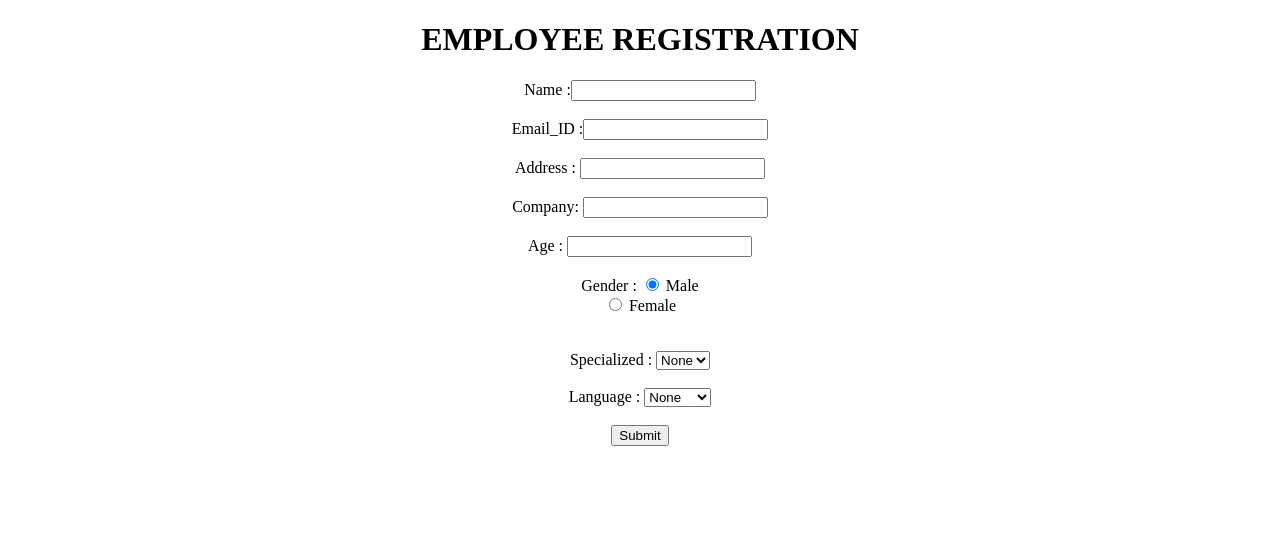
Repository: sunil965/JDBC-Servlet-JSP
Page: http://localhost/JspRegistrationTask/employeeDetailCall
These files come from the project's save history. The page is drawn as it stood at one moment and after the next save; the edit follows.
The browser window is 1280 px wide. The pictures show the whole page.
The page is served by Tomcat 9. Other server files are loaded and not shown.

Above is the page before, as saved 2017-05-02 11:49:18.

### JspRegistrationTask/WebContent/employee.jsp
<%@ page language="java" contentType="text/html; charset=UTF-8"
    pageEncoding="UTF-8"%>
<!DOCTYPE html PUBLIC "-//W3C//DTD HTML 4.01 Transitional//EN" "http://www.w3.org/TR/html4/loose.dtd">
<html>
<head>
<meta http-equiv="Content-Type" content="text/html; charset=UTF-8">
<title>Insert title here</title>
</head>
<body>
<div align="center">
 <h1>EMPLOYEE REGISTRATION</h1>
	<form action="employeeRegister" method="post">
		Name :<input type="text" name="uname"><br><br>
		Email_ID :<input type="email" name="mail"><br><br>
		Address : <input type="text" name="address"><br><br>
		Company: <input type="text" name="company"><br><br>
		Age : <input type="text" name="age"><br><br>
		Gender : <input type="radio" name="gender" value="male" checked> Male<br>
  				 <input type="radio" name="gender" value="female"> Female<br><br><br>
		Specialized : <select name="specialized">
						  <option value="">None</option>
						  <option value="c">C</option>
						  <option value="c++">C++</option>
						  <option value="j2se">J2SE</option>
						  <option value="j2ee">J2EE</option>
						</select><br><br>
		Language : <select name="language">
						  <option value="">None</option>
						  <option value="hindi">Hindi</option>
						  <option value="eng">English</option>
						  <option value="punjabi">Punjabi</option>
						  <option value="marathi">Marathi</option>
						</select><br><br>
						<input type="submit">
	</form>
  </div>
</body>
</html>

### JspRegistrationTask/src/com/bridgeit/JSPCalls/EmployeeRegCall.java
package com.bridgeit.JSPCalls;

import java.io.IOException;
import javax.servlet.ServletException;
import javax.servlet.annotation.WebServlet;
import javax.servlet.http.HttpServlet;
import javax.servlet.http.HttpServletRequest;
import javax.servlet.http.HttpServletResponse;

@WebServlet("/employeeDetailCall")
public class EmployeeRegCall extends HttpServlet {
	private static final long serialVersionUID = 1L;

	protected void doGet(HttpServletRequest request, HttpServletResponse response) throws ServletException, IOException {
		// TODO Auto-generated method stub
		response.getWriter().append("Served at: ").append(request.getContextPath());
		request.getRequestDispatcher("employee.jsp").forward(request, response);
	}

}

After the next save:
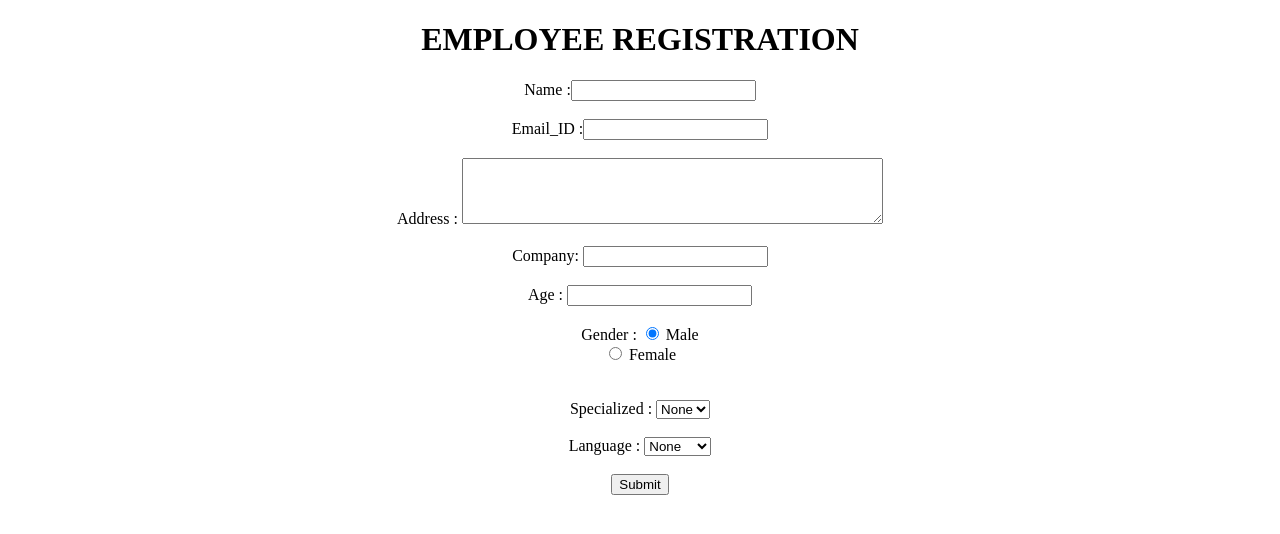
Saved 2 min 29 s later.
--- a/JspRegistrationTask/WebContent/employee.jsp
+++ b/JspRegistrationTask/WebContent/employee.jsp
@@ -12,7 +12,7 @@
 	<form action="employeeRegister" method="post">
 		Name :<input type="text" name="uname"><br><br>
 		Email_ID :<input type="email" name="mail"><br><br>
-		Address : <input type="text" name="address"><br><br>
+		Address : <textarea rows="4" cols="50" name="address"></textarea><br><br>
 		Company: <input type="text" name="company"><br><br>
 		Age : <input type="text" name="age"><br><br>
 		Gender : <input type="radio" name="gender" value="male" checked> Male<br>
